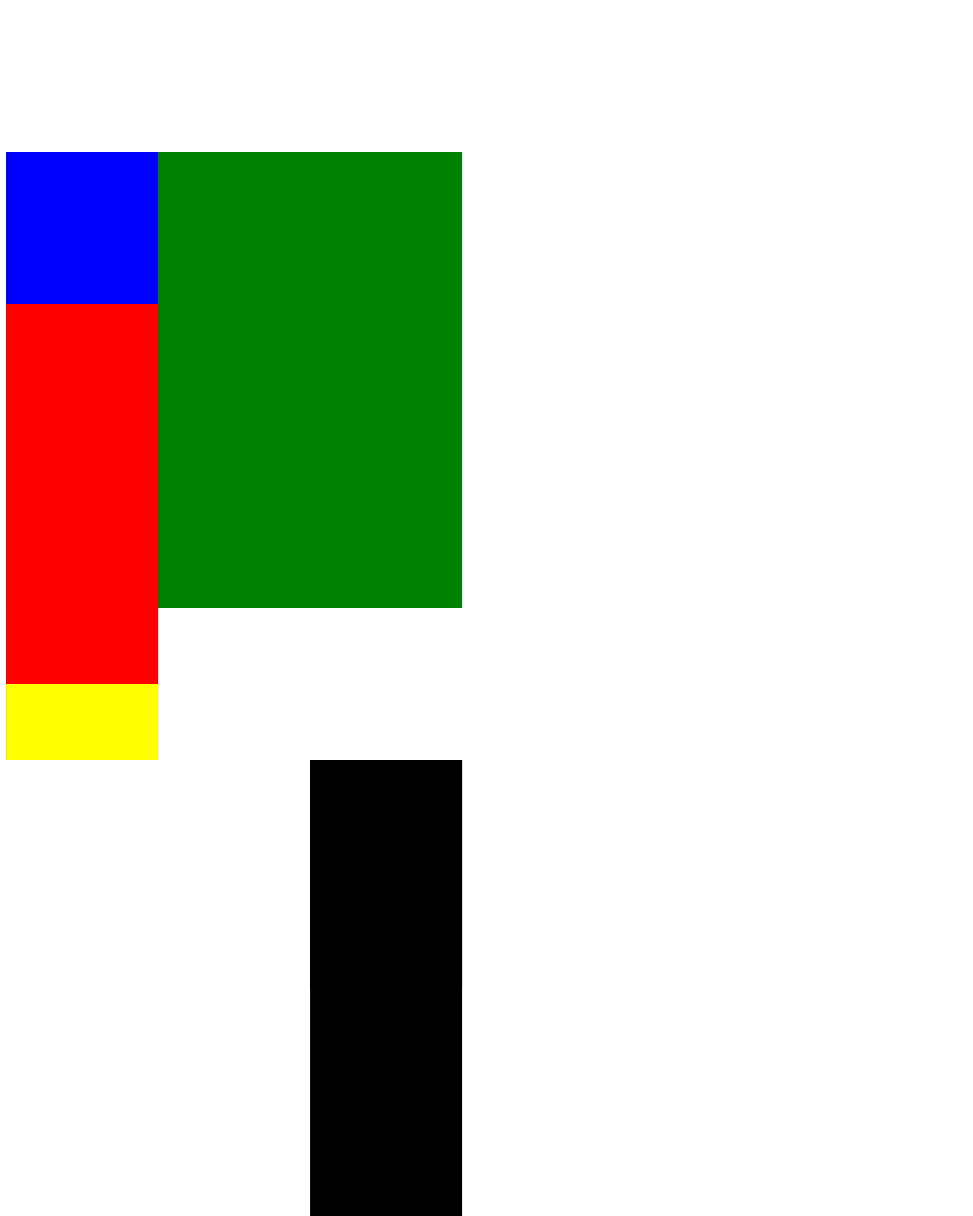
Repository: Seokho96/CSSPractice
Page: css/work01/WebContent/index01.html
These files come from the project's save history. The page is drawn as it stood at one moment and after the next save; the edit follows.
The browser window is 1280 px wide. The pictures show the whole page, at 76% of full size.

Above is the page before, as saved 2020-07-13 05:49:41.

After the next save:
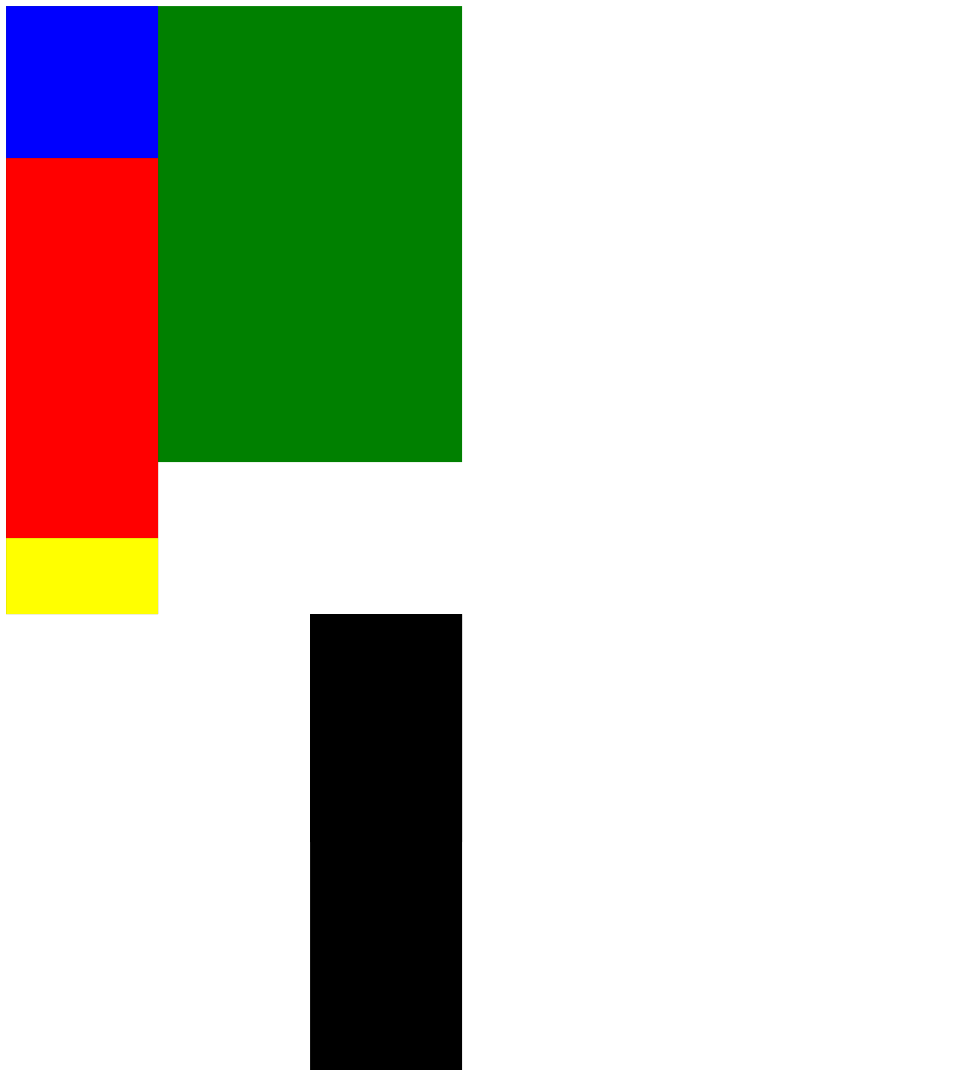
Saved 9 s later.
--- a/css/work01/WebContent/index01.html
+++ b/css/work01/WebContent/index01.html
@@ -15,7 +15,7 @@
   width: 200px;
   height: 200px;
   background-color: blue;
-  margin-top: 200px;
+  margin-right: 200px;
 }
 
 #left{
